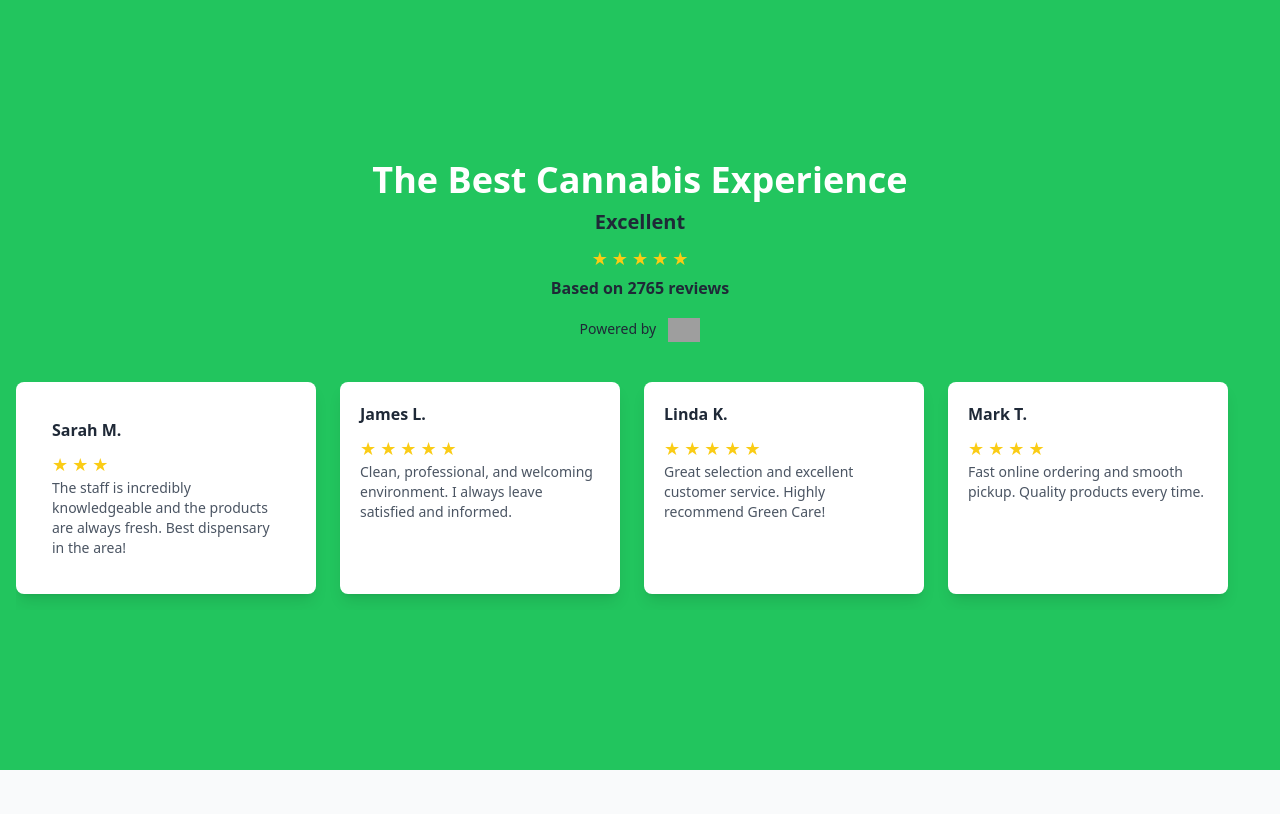
Repository: faryalsaleem50/greencare-cannabis
Page: index.html
These files come from the project's save history. The page is drawn as it stood at one moment and after the next save; the edit follows.
The browser window is 1280 px wide. The pictures show the part of the page from y = 800 to 1614 px (the page is 2322 px tall).
Pictures or frames that could not be fetched are drawn as grey boxes. A picture or video elsewhere on the page could not be fetched, so the positions and the page height are approximate. Some web libraries are served in a nearby version.

Above is the page before, as saved 2026-02-10 20:11:54.
Console error: SyntaxError: Unexpected token '<'

### index.html
<!DOCTYPE html>
<html lang="en" class="scroll-smooth">
<head>
  <meta charset="UTF-8" />
  <meta name="viewport" content="width=device-width, initial-scale=1.0" />
  <title>GreenCare Cannabis Dispensary</title>
  <!-- Tailwind CDN -->
  <script src="https://cdn.tailwindcss.com"></script>
  <!-- Optional: custom classes -->
   <style>
  .scrollbar-hide {
    -ms-overflow-style: none;
    scrollbar-width: none;
  }
  .scrollbar-hide::-webkit-scrollbar {
    display: none;
  }
</style>

  <script>
    tailwind.config = {
      theme: {
        extend: {
          colors: {
            primary: "#22c55e",
            secondary: "#166534",
          },
        },
      },
    };
  </script>
</head>
<body class="bg-gray-50 text-gray-800">
  <!-- Header / Navbar -->
  <header class="bg-white shadow-md top-0 z-50">
  <nav class="container mx-auto px-4 py-3 flex items-center justify-between">
    <!-- Left: Logo -->
    <div class="flex items-center">
      <a href="index.html">
        <img
          src="https://www.greencarecannabisdispensary.com/wp-content/uploads/2024/06/GREEN-CARE-2-300x281.png"
          alt="GreenCare Cannabis Dispensary"
          class="h-12 md:h-14 object-contain"
        />
      </a>
    </div>

    <!-- Center: Navigation Links -->
    <div class="hidden md:flex items-center space-x-8">
      <a href="index.html" class="font-medium hover:text-primary transition">Home</a>

      <!-- Shop Menu Dropdown (Desktop) -->
      <div class="relative group">
        <button id="shopMenuBtn" class="font-medium hover:text-primary transition flex items-center">
          Shop Menu
          <svg class="ml-1 w-4 h-4" fill="currentColor" viewBox="0 0 20 20">
            <path fill-rule="evenodd" d="M5.293 7.293a1 1 0 011.414 0L10 10.586l3.293-3.293a1 1 0 111.414 1.414l-4 4a1 1 0 01-1.414 0l-4-4a1 1 0 010-1.414z" clip-rule="evenodd" />
          </svg>
        </button>
        <!-- Dropdown -->
        <div id="shopMenuDropdown" class="absolute left-0 mt-2 w-48 bg-white shadow-lg rounded-lg py-2 opacity-0 invisible group-hover:opacity-100 group-hover:visible transition-all z-50">
         <a href="flower.html" class="block px-4 py-2 hover:bg-gray-100 hover:text-primary">Flower</a>
<a href="edibles.html" class="block px-4 py-2 hover:bg-gray-100 hover:text-primary">Edibles</a>
<a href="cdm.html" class="block px-4 py-2 hover:bg-gray-100 hover:text-primary">CDM</a>
<a href="concentrates.html" class="block px-4 py-2 hover:bg-gray-100 hover:text-primary">Concentrates</a>
<a href="vaporizers.html" class="block px-4 py-2 hover:bg-gray-100 hover:text-primary">Vaporizers</a>
<a href="pre-rolls.html" class="block px-4 py-2 hover:bg-gray-100 hover:text-primary">Pre-Rolls</a>
<a href="marijuana.html" class="block px-4 py-2 hover:bg-gray-100 hover:text-primary">Marijuana</a>
        </div>
      </div>

      <a href="about.html" class="font-medium hover:text-primary transition">About Us</a>
      <a href="products.html" class="font-medium hover:text-primary transition">Add to Cart</a>
      <a href="login.html" class="font-medium hover:text-primary transition">Login</a>
      <a href="contact.html" class="font-medium hover:text-primary transition">Contact Us</a>
    </div>

    <!-- Mobile menu button -->
    <button id="menuBtn" class="md:hidden text-2xl">☰</button>
  </nav>

  <!-- Mobile menu -->
  <div id="mobileMenu" class="hidden md:hidden bg-white shadow-lg p-4">
    <a href="index.html" class="block py-2 hover:text-primary">Home</a>

    <!-- Mobile Shop Menu (click se dropdown) -->
    <div class="border-t border-gray-200 pt-2">
      <button id="mobileShopBtn" class="w-full text-left font-medium hover:text-primary transition flex justify-between items-center">
        Shop Menu
        <svg id="mobileShopIcon" class="w-4 h-4" fill="currentColor" viewBox="0 0 20 20">
          <path fill-rule="evenodd" d="M5.293 7.293a1 1 0 011.414 0L10 10.586l3.293-3.293a1 1 0 111.414 1.414l-4 4a1 1 0 01-1.414 0l-4-4a1 1 0 010-1.414z" clip-rule="evenodd" />
        </svg>
      </button>
      <div id="mobileShopDropdown" class="hidden mt-2 space-y-1 pl-4">
        <a href="products.html#flower" class="block hover:text-primary">Flower</a>
        <a href="products.html#edibles" class="block hover:text-primary">Edibles</a>
        <a href="products.html#cdm" class="block hover:text-primary">CDM</a>
        <a href="products.html#concentrates" class="block hover:text-primary">Concentrates</a>
        <a href="products.html#vaporizers" class="block hover:text-primary">Vaporizers</a>
      </div>
    </div>

    <a href="about.html" class="block py-2 hover:text-primary">About Us</a>
    <a href="products.html" class="block py-2 hover:text-primary">Add to Cart</a>
    <a href="login.html" class="block py-2 hover:text-primary">Login</a>
    <a href="contact.html" class="block py-2 hover:text-primary">Contact Us</a>
  </div>
</header>


  <!-- Full‑width Hero Section -->
   <main>
  <section
  class="relative w-full h-screen bg-cover bg-center"
  style="background-image: url('https://www.greencarecannabisdispensary.com/wp-content/uploads/2024/06/home-page.png');"
>
  <!-- Overlay -->
  <div class="absolute inset-0 bg-black bg-opacity-40"></div>

  <!-- Hero content -->
  <div class="relative flex items-center justify-center h-full text-center text-white px-4">
    <div>
      <h1 class="text-3xl md:text-4xl lg:text-5xl font-bold mb-4 leading-tight">
        Welcome to Green Care Cannabis Dispensary
      </h1>
      <button class="mt-4 bg-primary text-white px-8 py-3 rounded-lg text-lg hover:bg-secondary transition shadow-lg">
        Shop Online Now
      </button>
    </div>
  </div>
</section>
</main>


             <!-- reviews section -->
<section class="w-full bg-green-500 py-40">
  <div class="container mx-auto px-4">
    <!-- Headings -->
    <div class="text-center mb-10">
      <h2 class="text-3xl md:text-4xl font-bold text-white mb-2">
        The Best Cannabis Experience
      </h2>
      <h4 class="text-xl text-black-600 mb-2 font-bold">Excellent</h4>
      <div class="flex items-center justify-center space-x-1 text-yellow-400 text-lg">
        <span>★</span><span>★</span><span>★</span><span>★</span><span>★</span>
      </div>
      <p class="text-black-600 mt-1 font-bold">Based on 2765 reviews</p>
      <!-- Google logo (simple text / image) -->
      <div class="mt-4">
        <span class="text-sm text-black-800">Powered by</span>
        <img
          src="https://upload.wikimedia.org/wikipedia/commons/thumb/2/2f/Google_2015_logo.svg/2560px-Google_2015_logo.svg.png"
          alt="Google"
          class="inline-block h-6 ml-2"
        />
      </div>
    </div>

    <!-- Testimonial Cards (carousel style) -->
    <div class="relative">
      <div class="flex overflow-x-auto space-x-6 pb-4 scrollbar-hide">
        <!-- Card 1 -->
        <div class="min-w-[300px] bg-white rounded-lg shadow-lg p-9 hover:shadow-xl transition-transform duration-300 hover:-translate-y-1">
          <h4 class="font-semibold text-gray-800 mb-2">Sarah M.</h4>
          <div class="flex items-center justify-left space-x-1 text-yellow-400 text-lg">
        <span>★</span><span>★</span><span>★</span>
      </div>
          <p class="text-sm text-gray-600">
            The staff is incredibly knowledgeable and the products are always fresh. Best dispensary in the area!
          </p>
        </div>

        <!-- Card 2 -->
        <div class="min-w-[280px] bg-white rounded-lg shadow-lg p-5 hover:shadow-xl transition-transform duration-300 hover:-translate-y-1">
          <h4 class="font-semibold text-gray-800 mb-2">James L.</h4>
        <div class="flex items-center justify-left space-x-1 text-yellow-400 text-lg">
        <span>★</span><span>★</span><span>★</span><span>★</span><span>★</span>
      </div>
          <p class="text-sm text-gray-600">
            Clean, professional, and welcoming environment. I always leave satisfied and informed.
          </p>
        </div>

        <!-- Card 3 -->
        <div class="min-w-[280px] bg-white rounded-lg shadow-lg p-5 hover:shadow-xl transition-transform duration-300 hover:-translate-y-1">
          <h4 class="font-semibold text-gray-800 mb-2">Linda K.</h4>
          <div class="flex items-center justify-left space-x-1 text-yellow-400 text-lg">
        <span>★</span><span>★</span><span>★</span><span>★</span><span>★</span>
      </div>
          <p class="text-sm text-gray-600">
            Great selection and excellent customer service. Highly recommend Green Care!
          </p>
        </div>

        <!-- Card 4 -->
        <div class="min-w-[280px] bg-white rounded-lg shadow-lg p-5 hover:shadow-xl transition-transform duration-300 hover:-translate-y-1">
          <h4 class="font-semibold text-gray-800 mb-2">Mark T.</h4>
          <div class="flex items-center justify-left space-x-1 text-yellow-400 text-lg">
        <span>★</span><span>★</span><span>★</span><span>★</span>
      </div>
          <p class="text-sm text-gray-600">
            Fast online ordering and smooth pickup. Quality products every time.
          </p>
        </div>

        <!-- Card 5 (auto‑appears after delay) -->
        <div id="testimonial5" class="min-w-[280px] bg-white rounded-lg shadow-lg p-5 hover:shadow-xl transition-transform duration-300 hover:-translate-y-1 opacity-0">
          <h4 class="font-bold text-gray-800 mb-2">Anna R.</h4>
          <div class="flex items-center justify-left space-x-1 text-yellow-400 text-lg">
        <span>★</span><span>★</span><span>★</span><span>★</span><span>★</span>
      </div>
          <p class="text-sm text-gray-600">
            Friendly staff and a wide variety of products. I feel safe and well taken care of here.
          </p>
        </div>
      </div>
    </div>
  </div>
</section>

<section class="w-full bg-gray-50 py-16">
  <div class="container mx-auto px-4">
    <div class="flex flex-col md:flex-row items-center gap-10">
      <!-- Left: Text Content -->
      <div class="md:w-1/2 space-y-6">
        <h2 class="text-3xl md:text-4xl font-bold text-green-600">
          Same day express delivery 1-2h, 24/7 7 days a week.
        </h2>
        <h3 class="text-2xl md:text-3xl font-bold text-green-800">
          CANNABIS DELIVERED TO YOUR DOOR
        </h3>
        <div class="bg-white p-6 rounded-lg shadow-md">
          <p class="text-gray-700 leading-relaxed">
            Cannabis delivered right to your doorstep? You bet! With Us, it’s easy.
            Select our dispensary’s online menu offering same-day express delivery for all your cannabis needs.
            With just a few clicks of a button, you can order a wide assortment of premium cannabis products to be delivered,
            generally within the hour, all at an affordable price.
          </p>
          <p class="text-gray-700 leading-relaxed mt-4">
            Our staff of discreet drivers and exceptional customer service staff will ensure that your delivery will be smooth,
            no matter the situation. Time to wait (not so) patiently. Once your order is on the way, you’ll receive a tracking link
            and updates on the expected arrival time (so you don’t have to gaze longingly out your window).
          </p>
          <!-- Button -->
          <a
            href="products.html"
            class="inline-block mt-6 bg-green-600 text-white px-6 py-2 rounded-lg font-semibold hover:bg-green-700 transition"
          >
            All Delivery Menu
          </a>
        </div>
      </div>

      <!-- Right: Image -->
      <div class="md:w-1/2">
        <img
          src="https://www.greencarecannabisdispensary.com/wp-content/uploads/2024/06/LF_homepage_slider_img3.jpg"
          alt="Cannabis Delivery"
          class="w-full h-auto rounded-lg shadow-lg"
        />
      </div>
    </div>
  </div>
</section>



  <!-- Footer -->
  <footer class="bg-gray-800 text-white py-6">
    <div class="container mx-auto px-4 text-center">
      <p>&copy; 2026 GreenCare Cannabis Dispensary. All rights reserved.</p>
    </div>
  </footer>

  <!-- JS for mobile menu toggle -->
  <script>
  const mobileShopBtn = document.getElementById("mobileShopBtn");
  const mobileShopDropdown = document.getElementById("mobileShopDropdown");
  const mobileShopIcon = document.getElementById("mobileShopIcon");

  mobileShopBtn.addEventListener("click", () => {
    mobileShopDropdown.classList.toggle("hidden");
    // Icon rotate (optional)
    mobileShopIcon.classList.toggle("rotate-180");
  });

  // Mobile main menu toggle
  const menuBtn = document.getElementById("menuBtn");
  const mobileMenu = document.getElementById("mobileMenu");<section class="w-full bg-green-500 py-20">
  <div class="container mx-auto px-4">
    <h2 class="text-3xl font-bold text-center text-white mb-12">
      Shop By Category
    </h2>

    <div class="flex flex-wrap justify-center gap-8 mb-12">

      <a href="flower.html" class="group flex-1 min-w-[220px] max-w-[280px] flex flex-col items-center">
        <div class="w-40 h-40 rounded-full bg-white flex items-center justify-center shadow-lg group-hover:shadow-2xl transition">
          <img
            src="https://via.placeholder.com/300"
            alt="Flower"
            class="w-32 h-32 rounded-full object-cover"
          />
        </div>
        <span class="mt-3 text-white font-semibold text-center">Flower</span>
      </a>

      <a href="edibles.html" class="group flex-1 min-w-[220px] max-w-[280px] flex flex-col items-center">
        <div class="w-40 h-40 rounded-full bg-white flex items-center justify-center shadow-lg group-hover:shadow-2xl transition">
          <img
            src="https://www.greencarecannabisdispensary.com/wp-content/uploads/2024/06/PLUS-group-2.jpg"
            alt="Edibles"
            class="w-32 h-32 rounded-full object-cover"
          />
        </div>
        <span class="mt-3 text-white font-semibold text-center">Edibles</span>
      </a>

      <a href="cdm.html" class="group flex-1 min-w-[220px] max-w-[280px] flex flex-col items-center">
        <div class="w-40 h-40 rounded-full bg-white flex items-center justify-center shadow-lg group-hover:shadow-2xl transition">
          <img
            src="https://www.greencarecannabisdispensary.com/wp-content/uploads/2024/06/CBD-1536x1536.webp"
            alt="CDM"
            class="w-32 h-32 rounded-full object-cover"
          />
        </div>
        <span class="mt-3 text-white font-semibold text-center">CDM</span>
      </a>

      <a href="concentrates.html" class="group flex-1 min-w-[220px] max-w-[280px] flex flex-col items-center">
        <div class="w-40 h-40 rounded-full bg-white flex items-center justify-center shadow-lg group-hover:shadow-2xl transition">
          <img
            src="https://www.greencarecannabisdispensary.com/wp-content/uploads/2024/06/Concentrates-1.jpg"
            alt="Concentrates"
            class="w-32 h-32 rounded-full object-cover"
          />
        </div>
        <span class="mt-3 text-white font-semibold text-center">Concentrates</span>
      </a>
    </div>

    <div class="flex flex-wrap justify-center gap-8">

      <a href="vaporizers.html" class="group flex-1 min-w-[220px] max-w-[280px] flex flex-col items-center">
        <div class="w-40 h-40 rounded-full bg-white flex items-center justify-center shadow-lg group-hover:shadow-2xl transition">
          <img
            src="https://www.greencarecannabisdispensary.com/wp-content/uploads/2024/06/vaporizer-for-cbd-hemp.jpg"
            alt="Vaporizers"
            class="w-32 h-32 rounded-full object-cover"
          />
        </div>
        <span class="mt-3 text-white font-semibold text-center">Vaporizers</span>
      </a>

      <a href="pre-rolls.html" class="group flex-1 min-w-[220px] max-w-[280px] flex flex-col items-center">
        <div class="w-40 h-40 rounded-full bg-white flex items-center justify-center shadow-lg group-hover:shadow-2xl transition">
          <img
            src="https://www.greencarecannabisdispensary.com/wp-content/uploads/2024/06/5_Pack_PreRoll_A-scaled-1.jpg"
            alt="Pre‑Rolls"
            class="w-32 h-32 rounded-full object-cover"
          />
        </div>
        <span class="mt-3 text-white font-semibold text-center">Pre‑Rolls</span>
      </a>

      <a href="marijuana.html" class="group flex-1 min-w-[220px] max-w-[280px] flex flex-col items-center">
        <div class="w-40 h-40 rounded-full bg-white flex items-center justify-center shadow-lg group-hover:shadow-2xl transition">
          <img
            src="https://www.greencarecannabisdispensary.com/wp-content/uploads/2024/06/YBG_JH_SF_WBG_Runtz_1_600x.webp"
            alt="Marijuana"
            class="w-32 h-32 rounded-full object-cover"
          />
        </div>
        <span class="mt-3 text-white font-semibold text-center">Marijuana</span>
      </a>
    </div>
  </div>
</section>


  menuBtn.addEventListener("click", () => {
    mobileMenu.classList.toggle("hidden");
  });

    // Auto‑show 5th testimonial after a delay
  setTimeout(() => {
    const card5 = document.getElementById("testimonial5");
    if (card5) {
      card5.classList.remove("opacity-0");
      card5.classList.add("opacity-100");
    }
  }, 1500); // 1.5 seconds dela
</script>

</body>
</html>

After the next save:
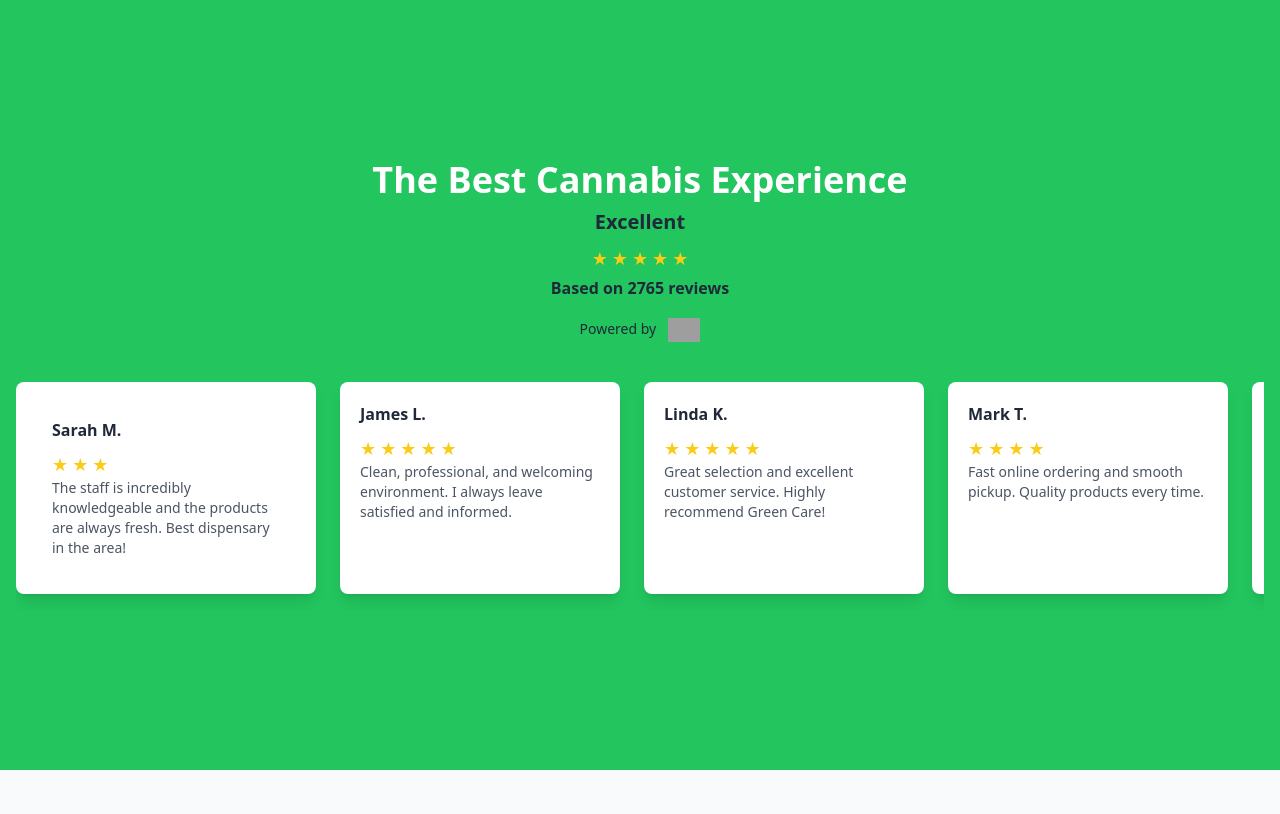
The error is gone.
Saved 7 s later.
--- a/index.html
+++ b/index.html
@@ -286,97 +286,7 @@
 
   // Mobile main menu toggle
   const menuBtn = document.getElementById("menuBtn");
-  const mobileMenu = document.getElementById("mobileMenu");<section class="w-full bg-green-500 py-20">
-  <div class="container mx-auto px-4">
-    <h2 class="text-3xl font-bold text-center text-white mb-12">
-      Shop By Category
-    </h2>
-
-    <div class="flex flex-wrap justify-center gap-8 mb-12">
-
-      <a href="flower.html" class="group flex-1 min-w-[220px] max-w-[280px] flex flex-col items-center">
-        <div class="w-40 h-40 rounded-full bg-white flex items-center justify-center shadow-lg group-hover:shadow-2xl transition">
-          <img
-            src="https://via.placeholder.com/300"
-            alt="Flower"
-            class="w-32 h-32 rounded-full object-cover"
-          />
-        </div>
-        <span class="mt-3 text-white font-semibold text-center">Flower</span>
-      </a>
-
-      <a href="edibles.html" class="group flex-1 min-w-[220px] max-w-[280px] flex flex-col items-center">
-        <div class="w-40 h-40 rounded-full bg-white flex items-center justify-center shadow-lg group-hover:shadow-2xl transition">
-          <img
-            src="https://www.greencarecannabisdispensary.com/wp-content/uploads/2024/06/PLUS-group-2.jpg"
-            alt="Edibles"
-            class="w-32 h-32 rounded-full object-cover"
-          />
-        </div>
-        <span class="mt-3 text-white font-semibold text-center">Edibles</span>
-      </a>
-
-      <a href="cdm.html" class="group flex-1 min-w-[220px] max-w-[280px] flex flex-col items-center">
-        <div class="w-40 h-40 rounded-full bg-white flex items-center justify-center shadow-lg group-hover:shadow-2xl transition">
-          <img
-            src="https://www.greencarecannabisdispensary.com/wp-content/uploads/2024/06/CBD-1536x1536.webp"
-            alt="CDM"
-            class="w-32 h-32 rounded-full object-cover"
-          />
-        </div>
-        <span class="mt-3 text-white font-semibold text-center">CDM</span>
-      </a>
-
-      <a href="concentrates.html" class="group flex-1 min-w-[220px] max-w-[280px] flex flex-col items-center">
-        <div class="w-40 h-40 rounded-full bg-white flex items-center justify-center shadow-lg group-hover:shadow-2xl transition">
-          <img
-            src="https://www.greencarecannabisdispensary.com/wp-content/uploads/2024/06/Concentrates-1.jpg"
-            alt="Concentrates"
-            class="w-32 h-32 rounded-full object-cover"
-          />
-        </div>
-        <span class="mt-3 text-white font-semibold text-center">Concentrates</span>
-      </a>
-    </div>
-
-    <div class="flex flex-wrap justify-center gap-8">
-
-      <a href="vaporizers.html" class="group flex-1 min-w-[220px] max-w-[280px] flex flex-col items-center">
-        <div class="w-40 h-40 rounded-full bg-white flex items-center justify-center shadow-lg group-hover:shadow-2xl transition">
-          <img
-            src="https://www.greencarecannabisdispensary.com/wp-content/uploads/2024/06/vaporizer-for-cbd-hemp.jpg"
-            alt="Vaporizers"
-            class="w-32 h-32 rounded-full object-cover"
-          />
-        </div>
-        <span class="mt-3 text-white font-semibold text-center">Vaporizers</span>
-      </a>
-
-      <a href="pre-rolls.html" class="group flex-1 min-w-[220px] max-w-[280px] flex flex-col items-center">
-        <div class="w-40 h-40 rounded-full bg-white flex items-center justify-center shadow-lg group-hover:shadow-2xl transition">
-          <img
-            src="https://www.greencarecannabisdispensary.com/wp-content/uploads/2024/06/5_Pack_PreRoll_A-scaled-1.jpg"
-            alt="Pre‑Rolls"
-            class="w-32 h-32 rounded-full object-cover"
-          />
-        </div>
-        <span class="mt-3 text-white font-semibold text-center">Pre‑Rolls</span>
-      </a>
-
-      <a href="marijuana.html" class="group flex-1 min-w-[220px] max-w-[280px] flex flex-col items-center">
-        <div class="w-40 h-40 rounded-full bg-white flex items-center justify-center shadow-lg group-hover:shadow-2xl transition">
-          <img
-            src="https://www.greencarecannabisdispensary.com/wp-content/uploads/2024/06/YBG_JH_SF_WBG_Runtz_1_600x.webp"
-            alt="Marijuana"
-            class="w-32 h-32 rounded-full object-cover"
-          />
-        </div>
-        <span class="mt-3 text-white font-semibold text-center">Marijuana</span>
-      </a>
-    </div>
-  </div>
-</section>
-
+  const mobileMenu = document.getElementById("mobileMenu");
 
   menuBtn.addEventListener("click", () => {
     mobileMenu.classList.toggle("hidden");
